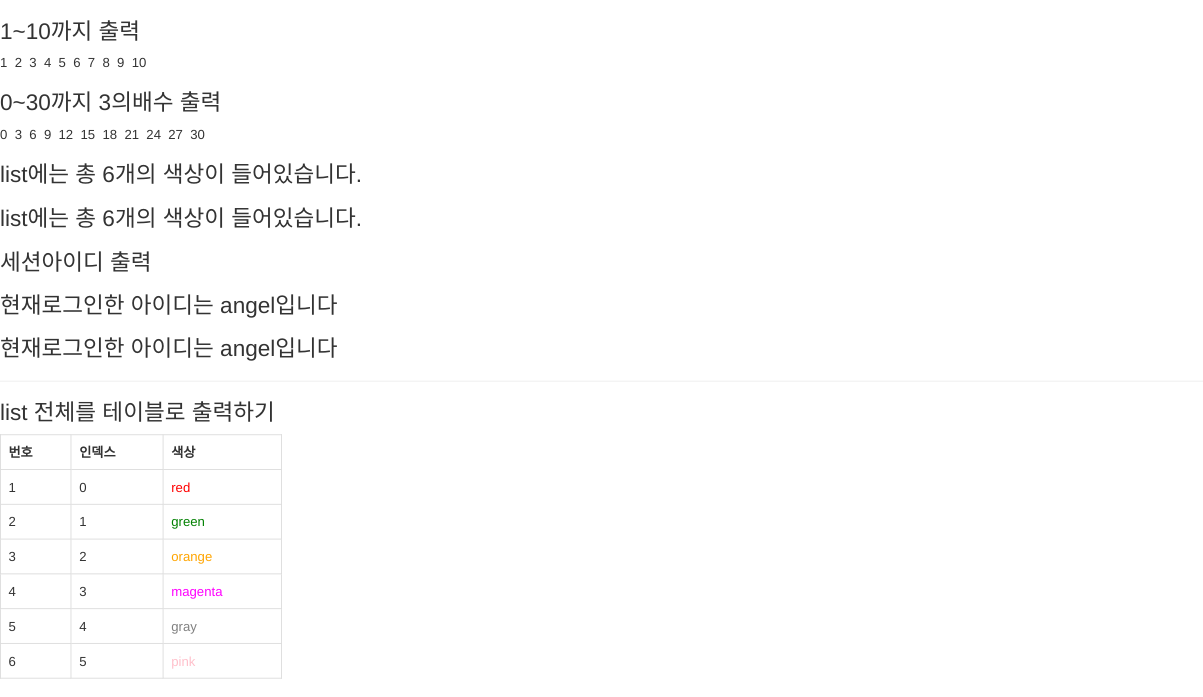
Repository: jungbee2/jungproject
Page: http://localhost/JstlProject/day0330/ex5_foreach.jsp
The author's editor kept a copy of each file at every save. The page is drawn from the files as they stood at one save, then again after the next save.
The browser window is 1280 px wide. The pictures show the whole page, at 94% of full size.
Some web fonts or font styles are not loaded; a fallback is used. The page is served by Tomcat 9. Other server files are loaded and not shown.

Above is the page before, as saved 2023-03-30 02:34:13.

### JstlProject/src/main/webapp/day0330/ex5_foreach.jsp
<%@page import="java.util.List"%>
<%@page import="java.util.ArrayList"%>
<%@ page language="java" contentType="text/html; charset=utf-8"
	pageEncoding="utf-8"%>
<%@ taglib uri="http://java.sun.com/jsp/jstl/core" prefix="c"%>
<%@ taglib uri="http://java.sun.com/jsp/jstl/fmt" prefix="fmt"%>
<!DOCTYPE html>
<html>
<head>
<meta charset="utf-8">
<title>Insert title here</title>

<link
	href="https://fonts.googleapis.com/css2?family=Anton&family=Edu+VIC+WA+NT+Beginner:wght@600&family=Gamja+Flower&family=Single+Day&family=Jua&family=Nanum+Pen+Script&display=swap"
	rel="stylesheet">
<link rel="stylesheet"
	href="https://maxcdn.bootstrapcdn.com/bootstrap/3.4.1/css/bootstrap.min.css">
<script src="https://code.jquery.com/jquery-3.6.3.js"></script>

</head>

<body>
<%
	List<String> list=new ArrayList<>();

	list.add("red");
	list.add("green");
	list.add("orange");
	list.add("magenta");
	list.add("gray");
	list.add("pink");

	request.setAttribute("list", list);
	request.setAttribute("total", list.size());

	//세션에 저장
	session.setAttribute("id", "angel");

%>

<h3>1~10까지 출력</h3>
<c:forEach var="a" begin="1" end="10">
	${a }&nbsp;
</c:forEach>

<h3>0~30까지 3의배수 출력</h3>
<c:forEach var="a" begin="0" end="30" step="3">
	${a }&nbsp;
</c:forEach>

<!-- requestScope 생략가능 -->
<h3>list에는 총 ${requestScope.total }개의 색상이 들어있습니다.</h3>
<h3>list에는 총 ${total }개의 색상이 들어있습니다.</h3>

<!-- sessionScope는 생략하지 않는다 -->
<h3>세션아이디 출력</h3>
<h3>현재로그인한 아이디는 ${sessionScope.id }입니다</h3>
<h3>현재로그인한 아이디는 ${id }입니다</h3>

<hr>
<h3>list 전체를 테이블로 출력하기</h3>
<table class="table table-bordered" style="width:300px;">
<tr>
<th>번호</th>
<th>인덱스</th>
<th>색상</th>
</tr>

<c:forEach  var="s" items="${list }" varStatus="i">
<tr>
<td>${i.count }</td><!-- 무조건 1부터 출력 -->
<td>${i.index }</td><!-- 실제list의 index값이 출력 -->
<td style="color:${s};">${s }</td>
</tr>
</c:forEach>
</table>
</body>
</html>

After the next save:
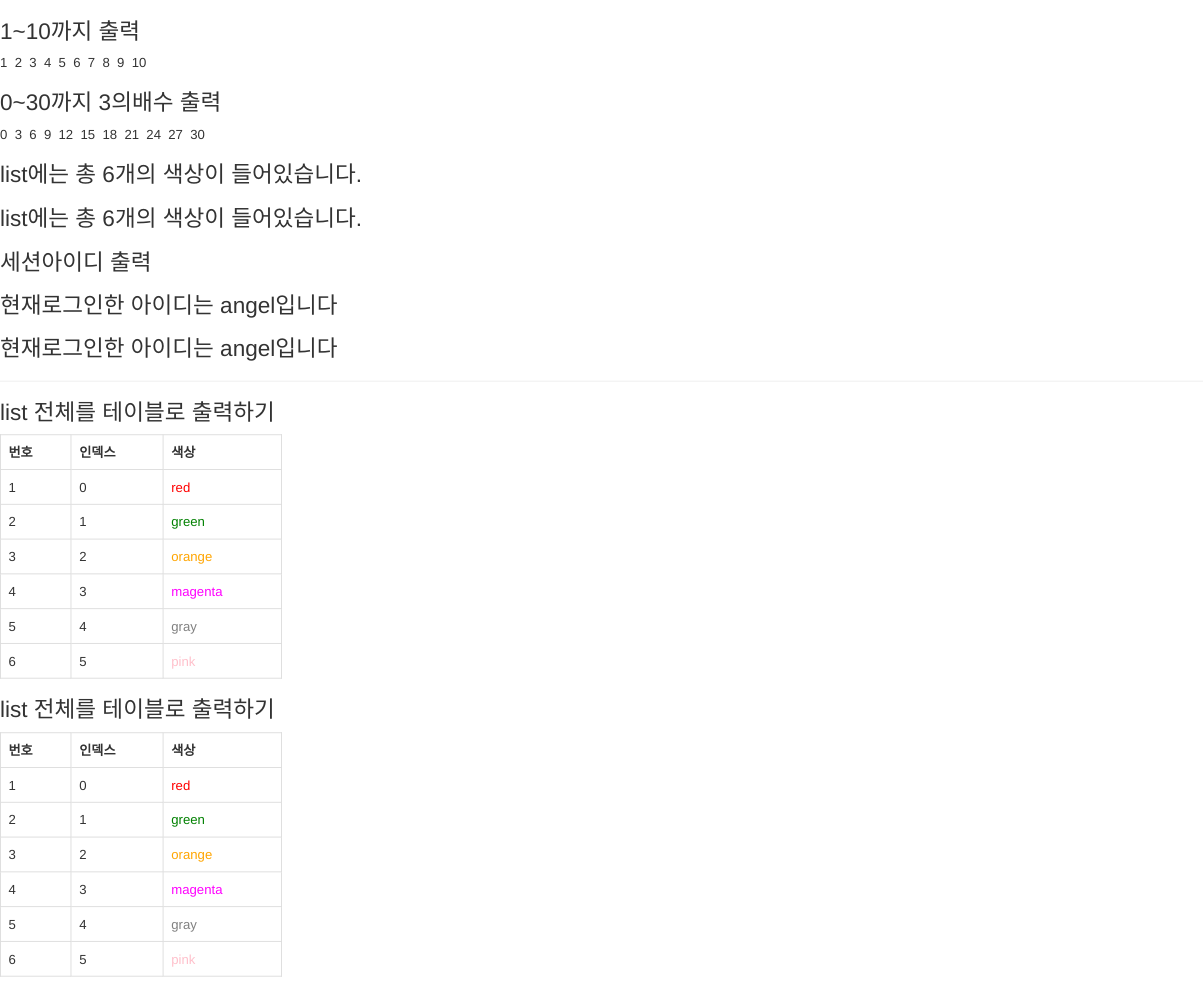
Saved 48 s later.
--- a/JstlProject/src/main/webapp/day0330/ex5_foreach.jsp
+++ b/JstlProject/src/main/webapp/day0330/ex5_foreach.jsp
@@ -74,5 +74,24 @@
 </tr>
 </c:forEach>
 </table>
+
+
+
+<h3>list 전체를 테이블로 출력하기</h3>
+<table class="table table-bordered" style="width:300px;">
+<tr>
+<th>번호</th>
+<th>인덱스</th>
+<th>색상</th>
+</tr>
+
+<c:forEach  var="s" items="${list }" varStatus="i">
+<tr>
+<td>${i.count }</td><!-- 무조건 1부터 출력 -->
+<td>${i.index }</td><!-- 실제list의 index값이 출력 -->
+<td style="color:${s};">${s }</td>
+</tr>
+</c:forEach>
+</table>
 </body>
 </html>
